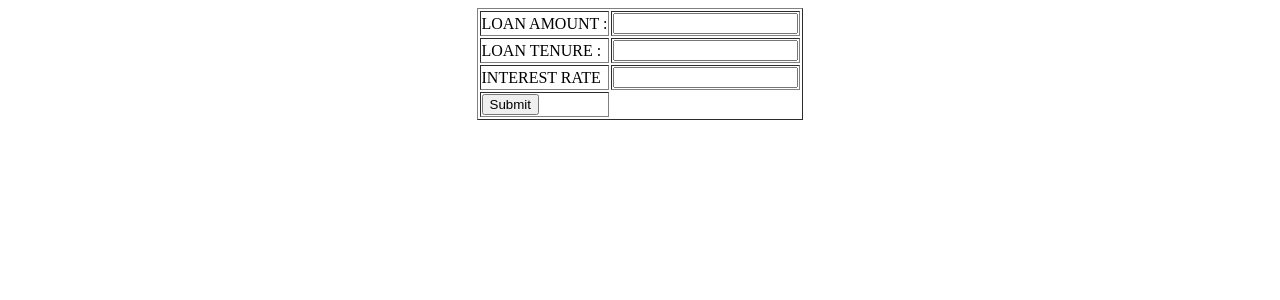
Repository: MayuriShinde124/Mayuri_20136571
Page: Question3/src/main/webapp/Calculator.html
These files come from the project's save history. The page is drawn as it stood at one moment and after the next save; the edit follows.
The browser window is 1280 px wide. The pictures show the whole page.

Above is the page before, as saved 2023-07-11 07:40:13.

After the next save:
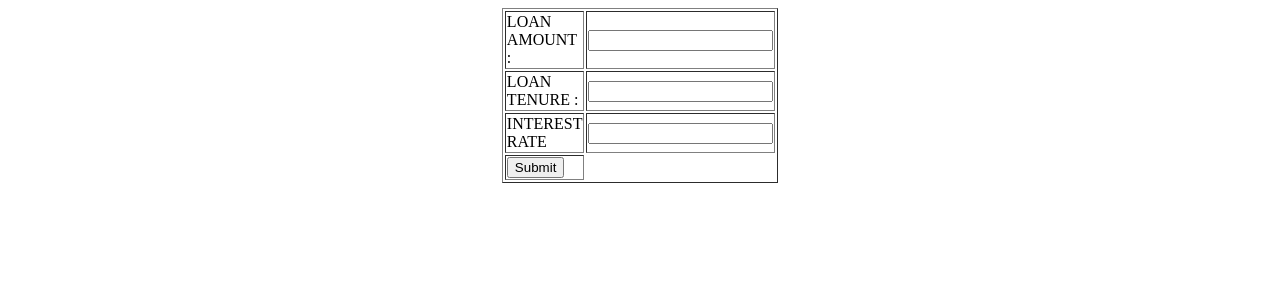
Saved 24 s later.
--- a/Question3/src/main/webapp/Calculator.html
+++ b/Question3/src/main/webapp/Calculator.html
@@ -10,7 +10,7 @@
 <form action="Calcuate.jsp">
 
 <table border="1" style="margin-left: auto;
-  margin-right: auto;">
+  margin-right: auto;width:20%;height: 70px;">
 <tr>
 <td>
 LOAN AMOUNT :

After the 2 saves that followed:
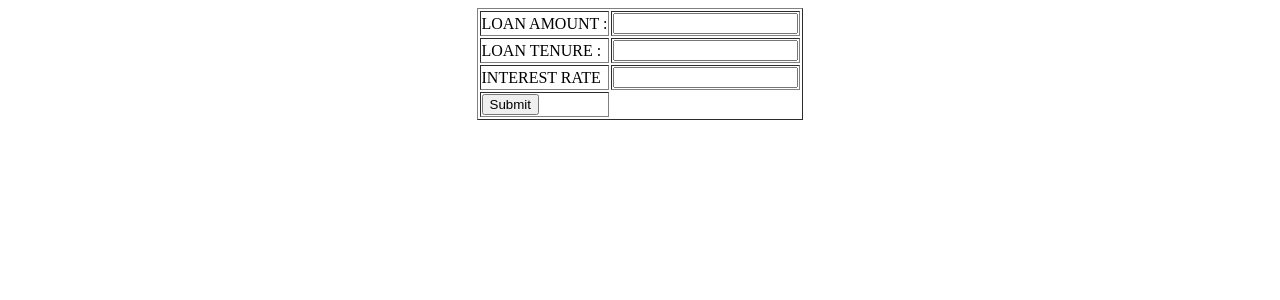
The 2 saves are shown as one change because 1 left the picture as it was.
The last was saved 37 s later.
--- a/Question3/src/main/webapp/Calculator.html
+++ b/Question3/src/main/webapp/Calculator.html
@@ -3,14 +3,12 @@
 <head>
 <meta charset="ISO-8859-1">
 <title>Insert title here</title>
-
-
 </head>
 <body>
 <form action="Calcuate.jsp">
 
 <table border="1" style="margin-left: auto;
-  margin-right: auto;width:20%;height: 70px;">
+  margin-right: auto;">
 <tr>
 <td>
 LOAN AMOUNT :
